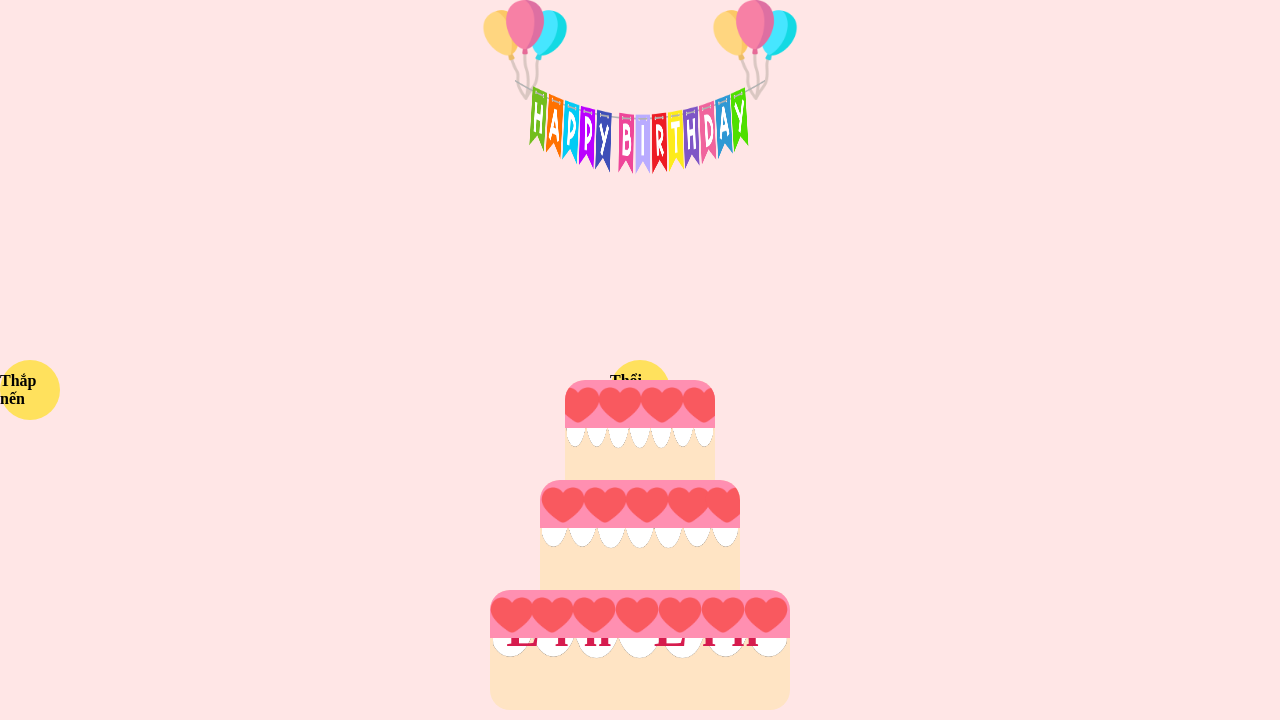
Repository: iphoneboy46/happybirthday
Page: index.html
The author's editor kept a copy of each file at every save. The page is drawn from the files as they stood at one save, then again after the next save.
The browser window is 1280 px wide. The pictures show the whole page.
Some web fonts or font styles are not loaded; a fallback is used.

Above is the page before, as saved 2022-11-28 21:26:05.

After the next save:
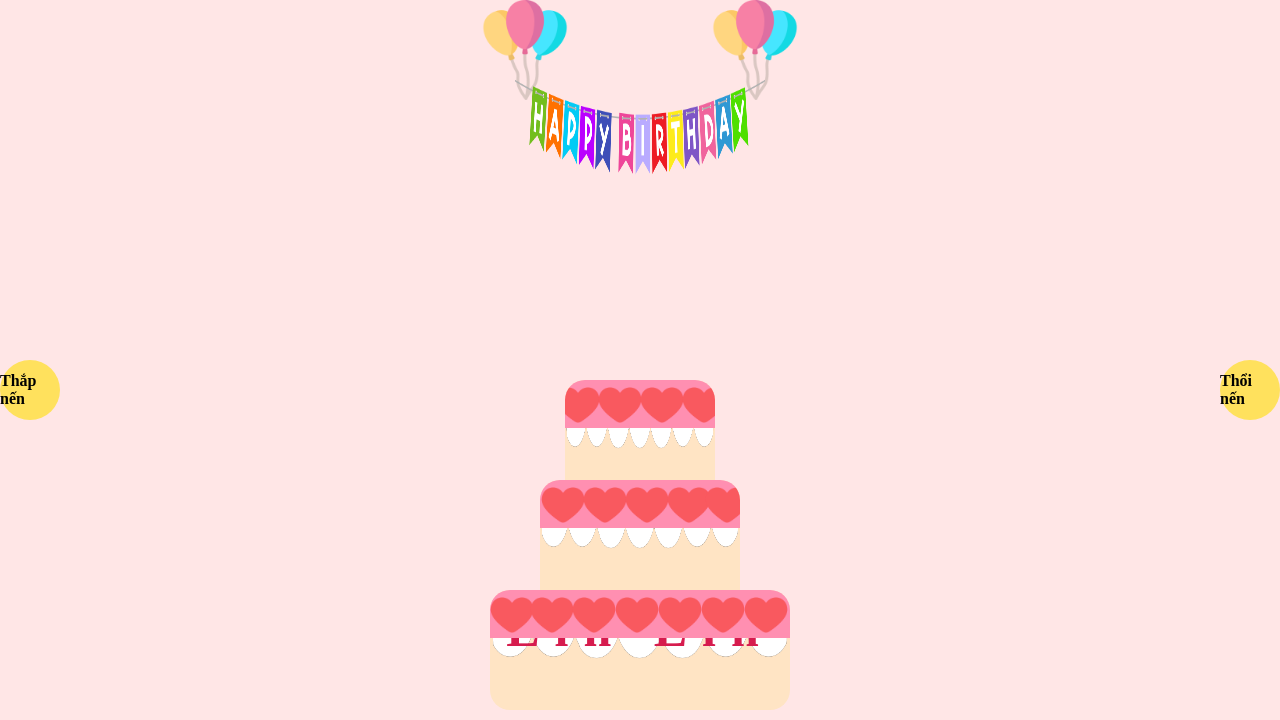
Saved 4 s later.
--- a/style.css
+++ b/style.css
@@ -599,7 +599,7 @@ body {
     position: absolute;
     font-weight: bolder;
     top: 50%;
-    right: ;: 0;
+    right:0;
     user-select: none;
     background-color: #FFE15D;
 }
